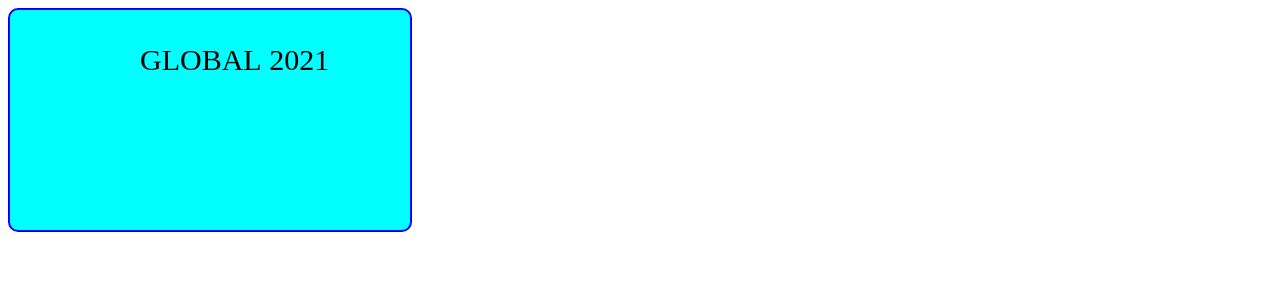
Repository: Tan-Khang21/TH_TKW--Buoi_05
Page: Bai_Tap_Ve_Nha/Bai_02/Canvas11.html
The author's editor kept a copy of each file at every save. The page is drawn from the files as they stood at one save, then again after the next save.
The browser window is 1280 px wide. The pictures show the whole page.

Above is the page before, as saved 2024-03-10 22:23:21.

### Bai_Tap_Ve_Nha/Bai_02/Canvas11.html
<!DOCTYPE html>
<html lang="en">
  <head>
    <meta charset="UTF-8" />
    <meta name="viewport" content="width=device-width, initial-scale=1.0" />
    <title>Document</title>
  </head>
  <body>
    <canvas
      id="myCanvas"
      style="
        border: 2px solid blue;
        background-color: aqua;
        border-radius: 10px;
      "
      width="400px"
      height="220px"
    ></canvas>
    <script>
      var canvas = document.getElementById("myCanvas"),
        ctx = canvas.getContext("2d");
      ctx.beginPath();
      ctx.beginPath();
      ctx.font = "30px Arials";
      ctx.fillText("GLOBAL 2021", 130, 60);
    </script>
  </body>
</html>

After the next save:
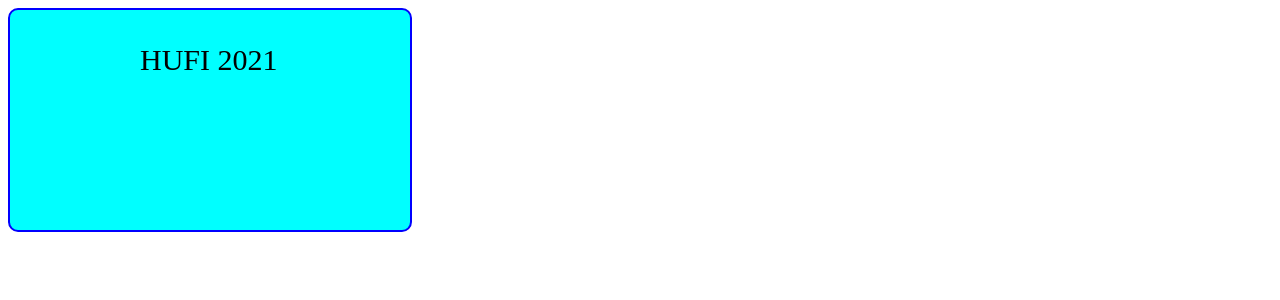
Saved 28 s later.
--- a/Bai_Tap_Ve_Nha/Bai_02/Canvas11.html
+++ b/Bai_Tap_Ve_Nha/Bai_02/Canvas11.html
@@ -22,7 +22,7 @@
       ctx.beginPath();
       ctx.beginPath();
       ctx.font = "30px Arials";
-      ctx.fillText("GLOBAL 2021", 130, 60);
+      ctx.fillText("HUFI 2021", 130, 60);
     </script>
   </body>
 </html>
